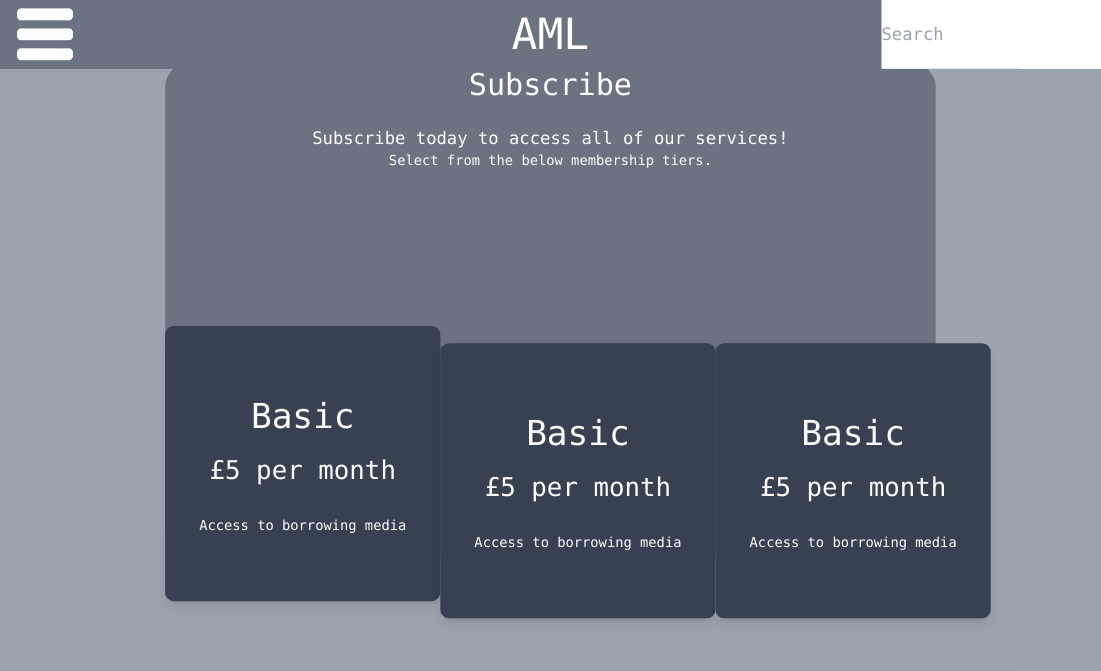
Repository: DuyKhanhDo/AML-Concept
Page: http://localhost/subscribe
An editor plug-in stored every save of this project. The page is shown before and after a run of saves, followed by the edit.
The browser window is 1280 px wide. The pictures show the whole page, at 86% of full size.
Some web libraries are served in a nearby version. The page is served by the project's Laravel application, run on PHP 8.4 with Laravel 12. A made-up administrator, Test User (test@example.com), is signed in.

Above is the page before, as saved 2024-11-11 13:02:29.

After the next 5 saves:
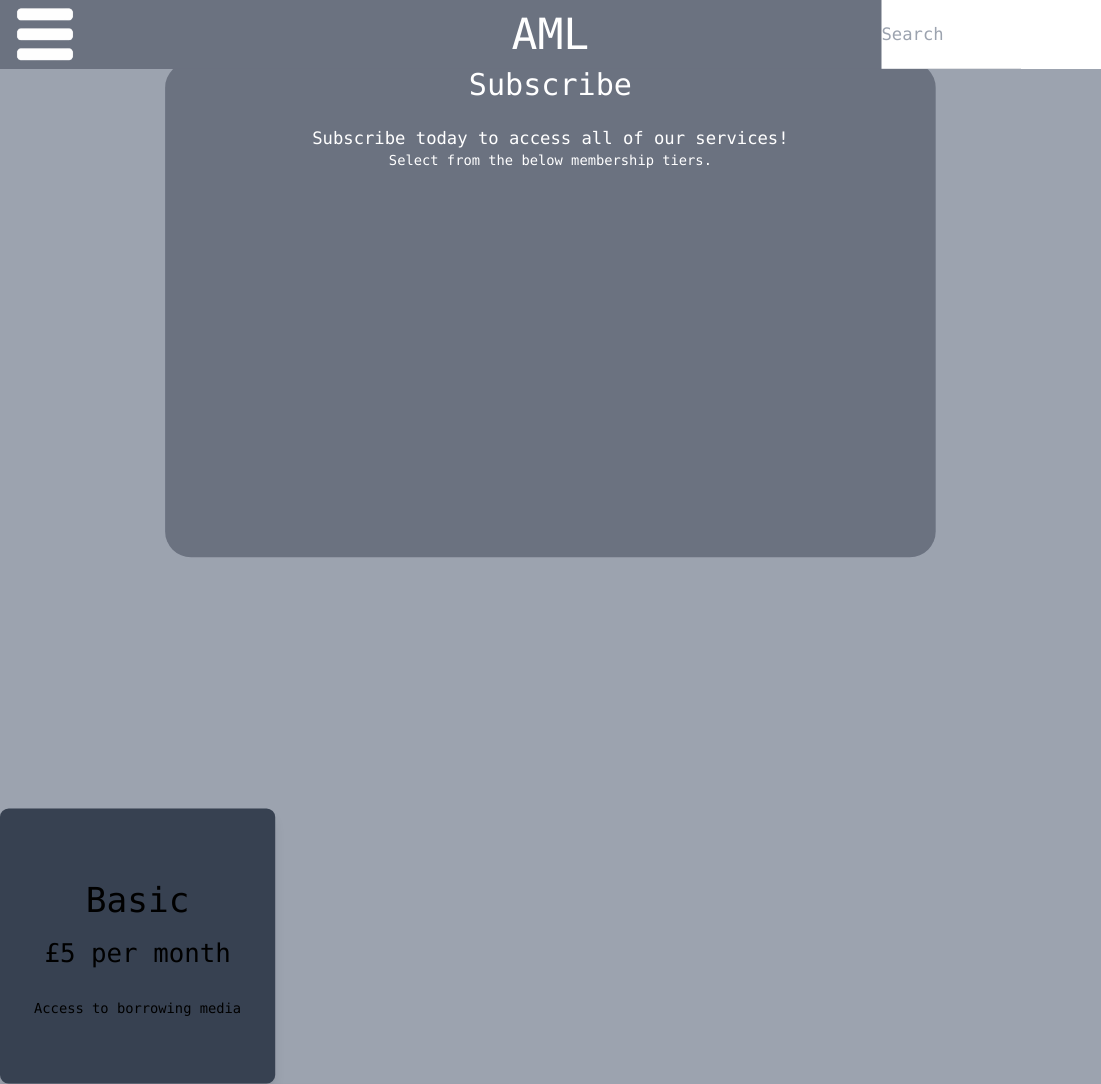
The 5 saves are shown as one change because they came seconds apart.
The last was saved 14 s later.
--- a/resources/views/subscribe.blade.php
+++ b/resources/views/subscribe.blade.php
@@ -5,17 +5,11 @@
                 <h1 class="text-[35px]">Subscribe</h1>
                 <h3 class="text-[20px] mt-[20px]">Subscribe today to access all of our services!</h3>
                 <h5>Select from the below membership tiers.</h5>
-                <ul class="space-y-10 w-full flex items-center mx-auto flex-row">
-                    <li>
-                        <x-subscription-tier tier='Basic' price='£5' benefits='Access to borrowing media'></x-subscription-tier>
-                    </li>
-                    <li>
-                        <x-subscription-tier tier='Basic' price='£5' benefits='Access to borrowing media'></x-subscription-tier>
-                    </li>
-                    <li>
-                        <x-subscription-tier tier='Basic' price='£5' benefits='Access to borrowing media'></x-subscription-tier>
-                    </li>
+
+
+
             </div>
         </main>
     </x-slot>
 </x-base>
+<x-subscription-tier tier='Basic' price='£5' benefits='Access to borrowing media'></x-subscription-tier>
